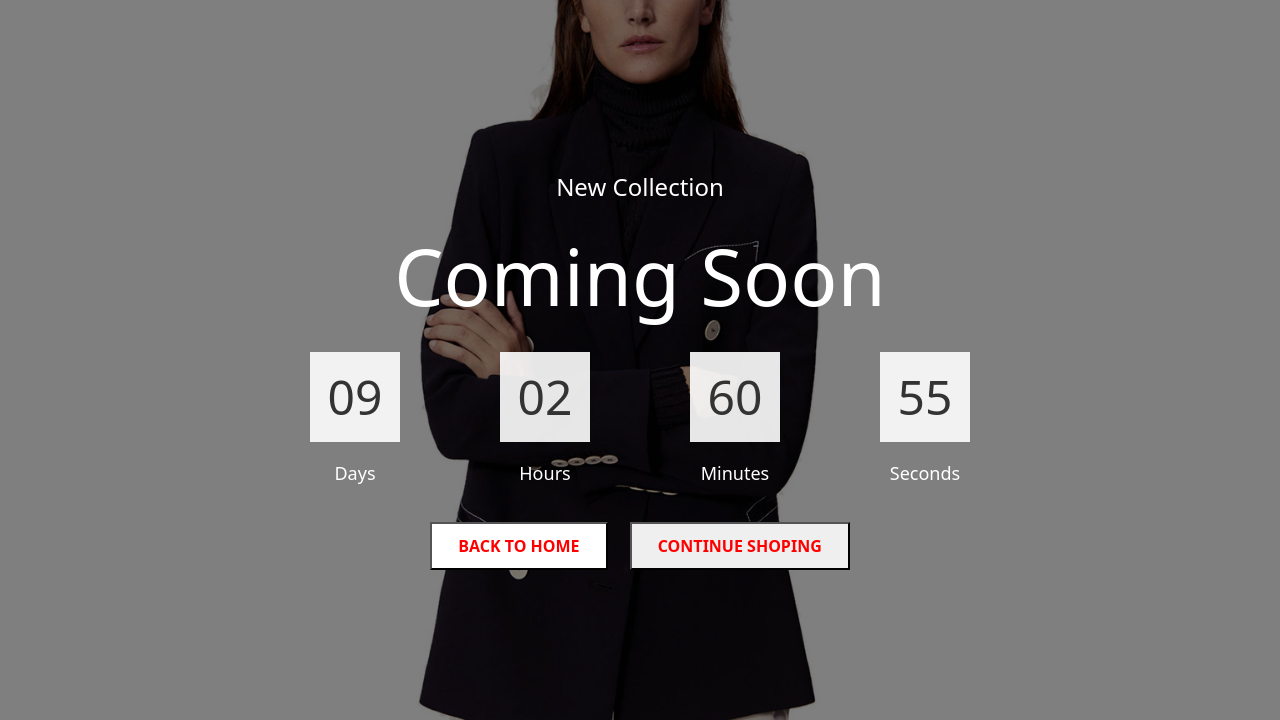
Repository: ST-United-Internship/Modaz-4life
Page: comingsoon&FAQ/coming-soon.html
These files come from the project's save history. The page is drawn as it stood at one moment and after the next save; the edit follows.
The browser window is 1280 px wide. The pictures show the whole page.

Above is the page before, as saved 2023-03-22 10:09:39.

### comingsoon&FAQ/coming-soon.html


<!DOCTYPE html>
<html lang="en">
<head>
    <meta charset="UTF-8">
    <meta http-equiv="X-UA-Compatible" content="IE=edge">
    <meta name="viewport" content="width=device-width, initial-scale=1.0">
    <link rel="stylesheet" type="text/css" href="css/comming-soon.css">
    <link href="https://cdn.jsdelivr.net/npm/bootstrap@5.3.0-alpha1/dist/css/bootstrap.min.css" rel="stylesheet" integrity="sha384-GLhlTQ8iRABdZLl6O3oVMWSktQOp6b7In1Zl3/Jr59b6EGGoI1aFkw7cmDA6j6gD" crossorigin="anonymous">
    <title>Document</title>
</head>
<body>
    <section class="my-container">
        <img src="Assets/Images/bg-parallax2.jpg" alt="">
        <header>New Collection</header>
        <p>Coming Soon</p>
        <div class="time-titles">
            <div class="time days">
                <span class="number"></span>
                <span class="title-text">Days</span>
            </div>
            <div class="time hours">
                <span class="number"></span>
                <span class="title-text">Hours</span>
            </div>
            <div class="time minutes">
                <span class="number">09</span>
                <span class="title-text">Minutes</span>
            </div>
            <div class="time seconds">
                <span class="number">09</span>
                <span class="title-text">Seconds</span>
            </div>
        </div>
        <div class="flat-button">
            <button type="button" class="bg-white">BACK TO HOME</button>
            <button type="button">CONTINUE SHOPING</button>
            </div>
       </section>
    </section>

    <script src="./javaScript/ScriptTime.js"></script>
    <script src="https://cdn.jsdelivr.net/npm/@popperjs/core@2.11.6/dist/umd/popper.min.js" integrity="sha384-oBqDVmMz9ATKxIep9tiCxS/Z9fNfEXiDAYTujMAeBAsjFuCZSmKbSSUnQlmh/jp3" crossorigin="anonymous"></script>
    <script src="https://cdn.jsdelivr.net/npm/bootstrap@5.3.0-alpha1/dist/js/bootstrap.min.js" integrity="sha384-mQ93GR66B00ZXjt0YO5KlohRA5SY2XofN4zfuZxLkoj1gXtW8ANNCe9d5Y3eG5eD" crossorigin="anonymous"></script>
</body>
</html>

### comingsoon&FAQ/css/comming-soon.css
*{
    margin: 0;
    padding: 0;
    box-sizing: border-box;

}
.my-container{
    height: 100vh;
    row-gap: 15px;
    width: 100%;
    display: flex;
    justify-content: center;
    flex-direction: column;
    overflow: hidden;
    align-items: center;
    background-color: rgb(0, 0, 0,.5);
}

.my-container img{
    position: absolute;
    height: 100%;
    width: 100%;
    object-fit: cover;
    z-index: -1;
}

.my-container header{
    line-height: 58px;
    color: #fff;
    font-size: 24px;
}

.my-container p{
    color: #fff;
    font-size: 78px;
    line-height: 90px;
    font-weight: 500;
}

.my-container .time-titles{
    display: flex;
    column-gap: 30px;
}

.time-titles .time{
    display: flex;
    align-items: center;
    flex-direction: column;
}

.time .number{
    font-size: 48px;
    font-weight: 500;
    line-height: 90px;
    color: #333;
    width: 90px;
    height: 90px;
    background: rgba(255,255,255,.9);
    text-align: center;
    margin: 0 35px 18px;
    text-transform: capitalize;
}

.time .title-text{
    color: #fff;
}

.time .title-text{
    font-size: 18px;
    text-transform: capitalize;
}

.flat-button{
    /* position: relative;
    max-width: 360px;
    width: 100%; */
    height: 40px;
    margin-top: 20px;

}

.flat-button button{
    padding: 7px 26px;
    font-weight: 700;
    line-height: 30px;
    text-transform: uppercase;
    margin: 0 9px;
    color: red;
}

@media only screen and (max-width: 300px){
     .my-container header{
        font-size: 30px;
    }

}

@media only screen and (max-width: 500px) {
    .my-container p{
        font-size: 40px;
    }
}

@media only screen and (max-width: 665px) {
    .my-container .time-titles{
        display: inline-block;
    }
}

### comingsoon&FAQ/javaScript/ScriptTime.js
const seconds = document.querySelector(".seconds .number");
const minutes = document.querySelector(".minutes .number");
const hours = document.querySelector(".hours .number");
const days = document.querySelector(".days .number");


let secvalues = 60,
    minvalues = 60,
    houvalues = 2,
    dayvalues = 9;

const timeFunc = setInterval(()=>{
    secvalues--;
    if (secvalues === 0) {
        minvalues--
        secvalues = 60;
    }
    if (minvalues === 0) {
        houvalues--
        minvalues = 60;
    }
    if (houvalues === 0) {
        dayvalues--
        houvalues = 60;
    }
    if (dayvalues === 0) {
        clearInterval(timeFunc)
    }
    seconds.textContent = secvalues < 10 ? `0${secvalues}` : secvalues;
    minutes.textContent = minvalues < 10 ? `0${minvalues}` : minvalues;
    hours.textContent = houvalues < 10 ? `0${houvalues}` : houvalues;
    days.textContent = dayvalues < 10 ? `0${dayvalues}` : dayvalues;
    minvalues.textContent = minvalues;
},1000)

After the next save:
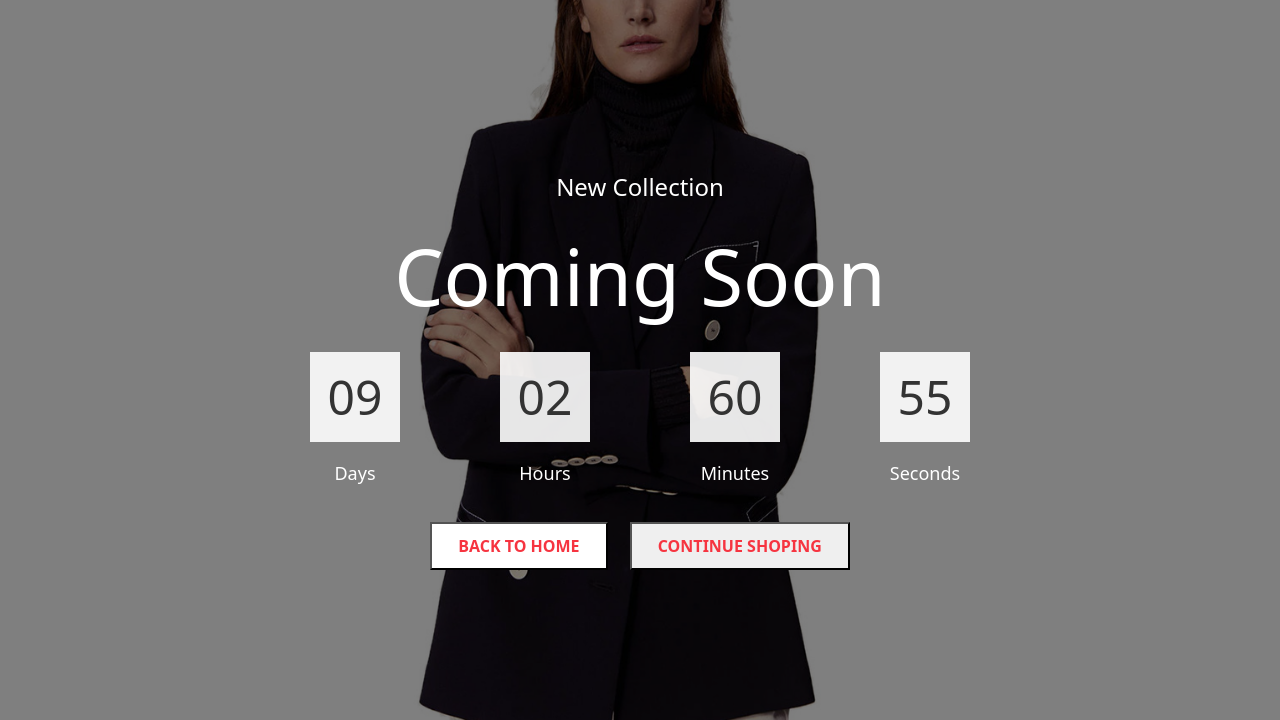
Saved 23 s later.
--- a/comingsoon&FAQ/css/comming-soon.css
+++ b/comingsoon&FAQ/css/comming-soon.css
@@ -85,7 +85,7 @@
     line-height: 30px;
     text-transform: uppercase;
     margin: 0 9px;
-    color: red;
+    color: #f63440;
 }
 
 @media only screen and (max-width: 300px){
